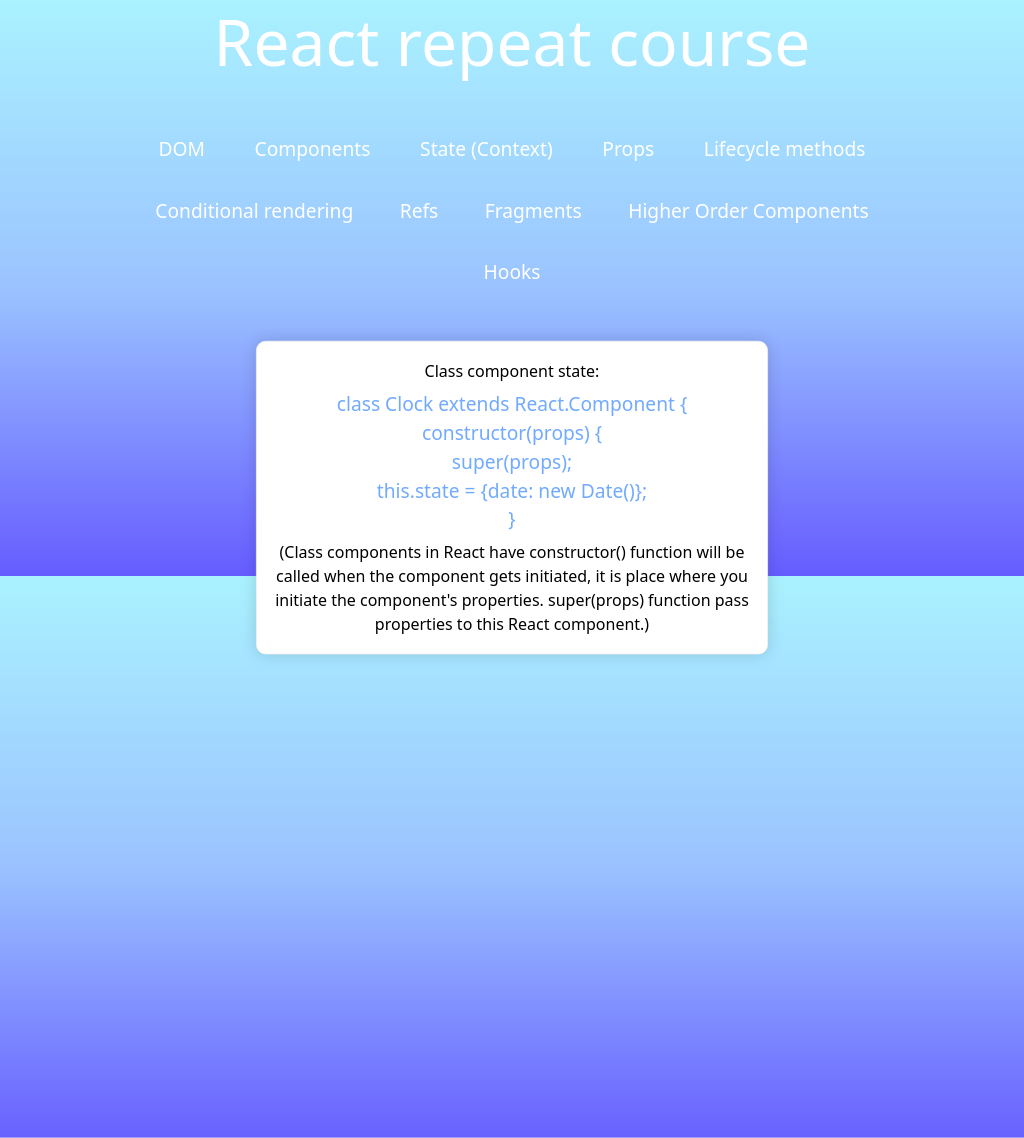
Repository: michalgornicki/github
Page: /#/State
These files come from the project's save history. The page is drawn as it stood at one moment and after the next save; the edit follows.
The browser window is 1280 px wide. The pictures show the whole page, at 80% of full size.
Backgrounds fixed to the window are drawn as part of the page. The project was rebuilt for these pictures with package versions that can differ from the ones it lists, and the page was loaded fresh each time. Also part of the build but not shown: src/components/dom.jsx, src/components/components.jsx, src/components/props.jsx, src/components/lifecycle.jsx, src/components/conditional.jsx, src/components/refs.jsx, src/components/fragments.jsx, src/components/hoc.jsx and 1 more.

Above is the page before, as saved 2022-02-07 12:52:08.

After the next save:
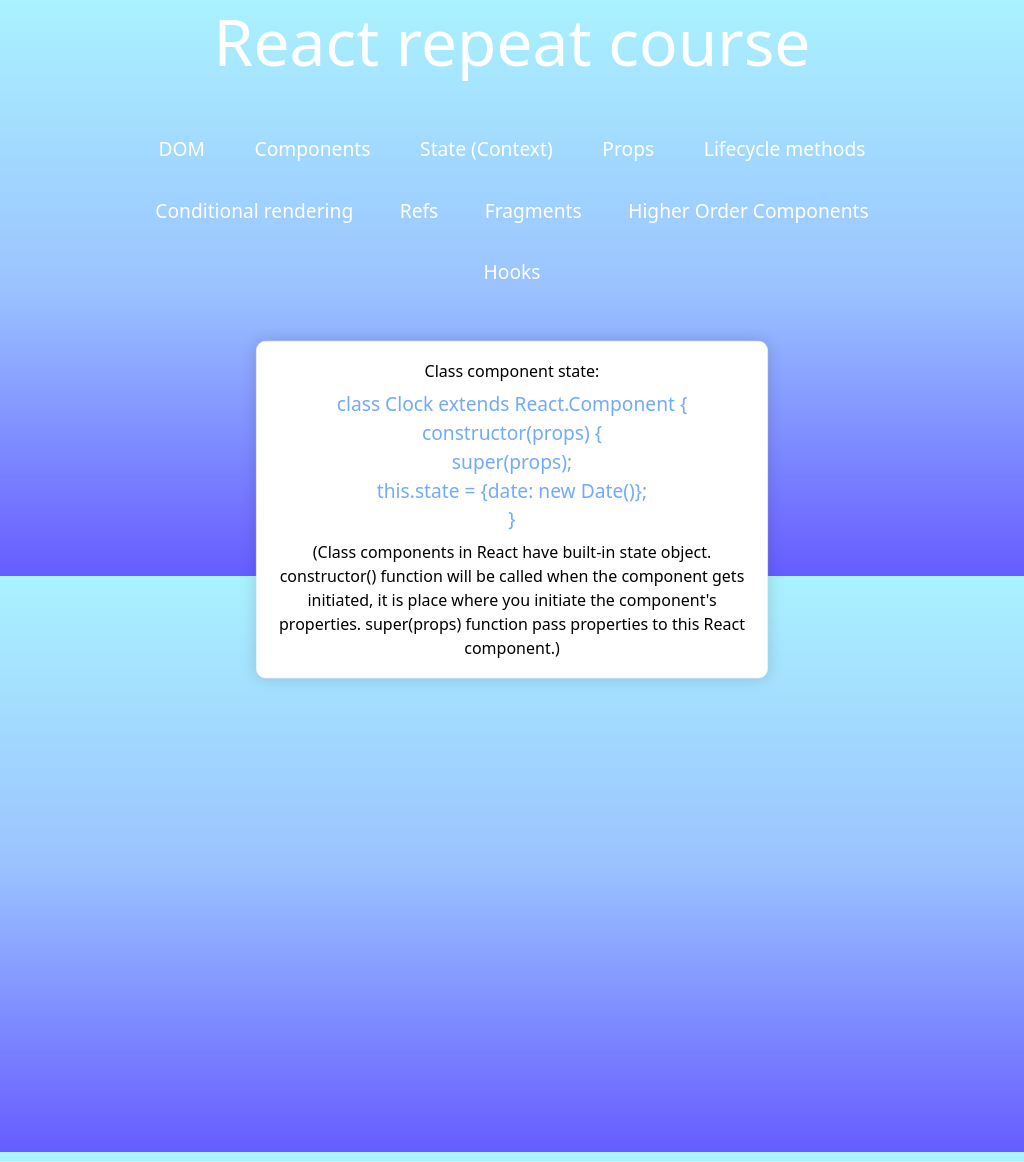
Saved 4 s later.
--- a/src/components/state.jsx
+++ b/src/components/state.jsx
@@ -11,7 +11,7 @@
           {`this.state = {date: new Date()};`}{" "} <br />
           {`}`}{" "}
         </div>{" "}
-        (Class components in React have constructor() function will be called when the component gets initiated, it is place where you initiate the component's properties. super(props) function pass properties to this React component.)
+        (Class components in React have built-in state object. constructor() function will be called when the component gets initiated, it is place where you initiate the component's properties. super(props) function pass properties to this React component.)
       </div>
     </div>
   );
